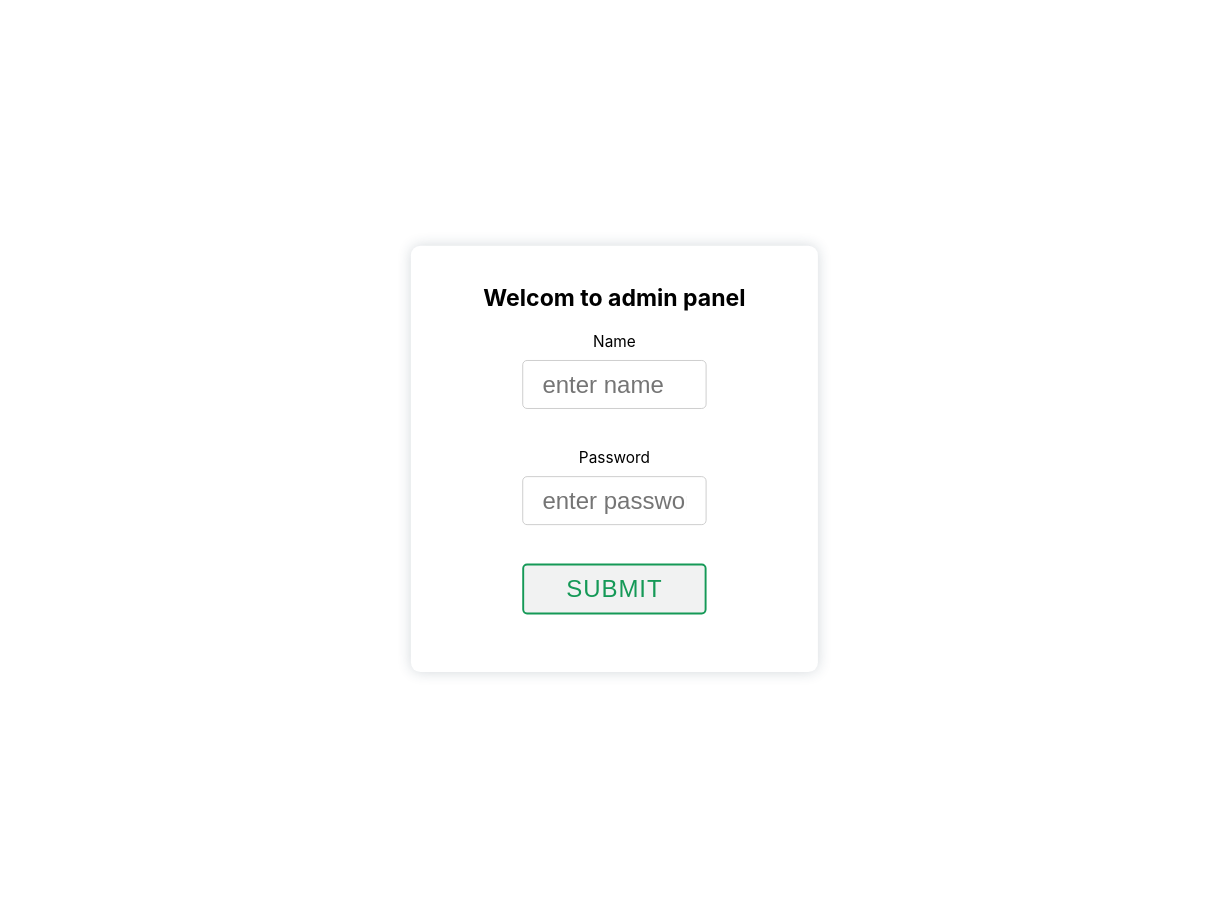
Repository: superHotBob/admin_nftillion
Page: /collections
An editor plug-in stored every save of this project. The page is shown before and after the next save, followed by the edit.
The browser window is 1280 px wide. The pictures show the whole page, at 96% of full size.
The project was rebuilt for these pictures with package versions that can differ from the ones it lists, and the page was loaded fresh each time. Also part of the build but not shown: src/components/Users/styles.scss, src/components/NavPanel/styles.scss, src/components/Users/index.js, src/components/Collections/styles.scss.

Above is the page before, as saved 2022-04-22 17:55:31.

### src/index.js
import React from "react";
import ReactDOM from "react-dom/client";
import "./index.css";
import { BrowserRouter } from "react-router-dom";
import "./index.css";
import App from "./App";

import reportWebVitals from "./reportWebVitals";

const root = ReactDOM.createRoot(document.getElementById("root"));
root.render(
  <React.StrictMode>
    <BrowserRouter>
      <App />
    </BrowserRouter>
  </React.StrictMode>
);

// If you want to start measuring performance in your app, pass a function
// to log results (for example: reportWebVitals(console.log))
// or send to an analytics endpoint. Learn more: https://bit.ly/CRA-vitals
reportWebVitals();

### src/App.js
import * as React from "react";
import { Routes, Route } from "react-router-dom";
import { Home } from "./components/Home";
import { Users } from "./components/Users";
import './App.css';
import { Collections } from "./components/Collections";

function App() {
  return (
    <div className="App">
    <Routes>
        <Route path="/" element={<Home />} />
        <Route path="users" element={<Users />} />
        <Route path="collections" element={<Collections />} />
      </Routes>
    </div>
  );
}

export default App;

### src/components/Home/index.js
import * as React from "react";
import "./styles.scss";
import axios from "axios";
import { useNavigate } from "react-router-dom";

export const Home = () => {
  const [password, setPassword] = React.useState("");
  const [name, setName] = React.useState("");
  let navigate = useNavigate();

  function login(event) {
    event.preventDefault();
    axios
      .post(`https://jsonplaceholder.typicode.com/users`, {
        name: name,
        password: password,
      })
      .then((res) => {
        console.log(res.data);
        if (res.data.name === "bob") {
          localStorage.setItem("name", res.data.name);
          navigate("/users");
        } else {
          navigate("/");
        }
      });
  }
  return (
    <div className="mainblock">
      <h2>Welcom to admin panel</h2>
      <form onSubmit={login}>
        <label>
          Name
          <input
            type="text"
            value={name}
            required
            onChange={(e) => setName(e.target.value)}
            placeholder="enter name"
          />
        </label>
        <label>
          Password
          <input
            type="password"
            value={password}
            required
            onChange={(e) => setPassword(e.target.value)}
            placeholder="enter password"
          />
        </label>
        <button type="submit">SUBMIT</button>
      </form>
    </div>
  );
};

### src/components/Collections/index.js
import * as React from "react";
import axios from "axios";
import { useNavigate } from "react-router-dom";

import "./styles.scss";
import { NavPanel } from "../NavPanel";

export const Collections = () => {
  const [data, setData] = React.useState([]);
  let navigate = useNavigate();
  const name = localStorage.getItem("name");
  React.useEffect(() => {
     name ?
    axios.get(`https://jsonplaceholder.typicode.com/users`).then((res) => {
      console.log(res.data);
      setData(res.data);
    }): navigate('/');
  }, [name,navigate]);

  return (
    <>
     <NavPanel />
      <h1 className="header">
        List of Collections
      </h1>
      <div className="mainblockuser">
        <header>
          <span>wallet</span>
          <span>date reg.</span>
          <span>date last auth</span>
          <span>amount collections</span>
          <span>amount NFTs</span>

        </header>
        <section>
          {data.map((i) => (
            <p className="data">
              <span>{i.id}</span>
              <span>{i.name}</span>
              <span>{i.username}</span>
              <span>{i.email}</span>
              <span>{i.phone}</span>

            </p>
          ))}
        </section>
      </div>
    </>
  );
};

### src/components/Home/styles.scss
$submit: #159957;
$white: #F1F2F2;
$transition: all 0.25s ease-in-out;
.mainblock {
    width: 30%;
    height: auto;
    padding: 20px;
    margin: 20vw auto;
    box-shadow: 0 0 14px 0 rgba(34, 60, 80, 0.2);
    border-radius: 10px;
    input, button {
        font-size: 25px;
        padding: 10px 20px;
        display: block;
        width: 50%;
        border-radius: 5px;
        border: 1px solid #ccc;
        margin: 10px auto 40px;
        cursor: pointer;
        box-sizing: border-box;
        outline: none;


    }

    @mixin mybutton($color_1, $color_2) {
        border: 2px solid $color_1;

        letter-spacing: 1px;
        text-transform: uppercase;
          color: $color_1;
        background-color: $color_2;
          transition: $transition;
          &:hover {
              background-color: $color_1;
              border-color: $color_1;
              color: $color_2;
          }
          &:active {
              background-color: $color_1;
              border-color: $color_1;
              color: $color_2;
              box-shadow: none;
          }
          &:focus, &:active:focus {
              background-color: $color_1;
              border-color: $color_1;
              color: $color_2;
              outline: 5px auto $color_1;
          }
      }

    button {

            @include mybutton($submit, $white);

    }
}

### src/components/NavPanel/index.js
import "./styles.scss";
import { NavLink } from "react-router-dom";
export const NavPanel = () => {
  return (
    <div className="mainNavBlock">
      <NavLink
        style={({ isActive }) => {
          return {
            display: "block",
            padding: 20,
            textDecoration: 'none',
            width: "50%",
            backgroundColor: isActive ? "#c0c0c0" : "whitw",
            color: !isActive ? "#c0c0c0" : "white",
          };
        }}
        to="/users"
      >
        USERS
      </NavLink>
      <NavLink
        style={({ isActive }) => {
          return {
            display: "block",
            width: "50%",
            textDecoration: 'none',
            padding: 20,
            backgroundColor: isActive ? "#c0c0c0" : "white",
            color: !isActive ? "#c0c0c0" : "white",

          };
        }}
        to="/collections"
      >
        COLLECTIONS
      </NavLink>
    </div>
  );
};

Loaded but not shown: public/index.html (common file); src/index.css (common file); src/reportWebVitals.js (common file); src/App.css (common file)

After the next save:
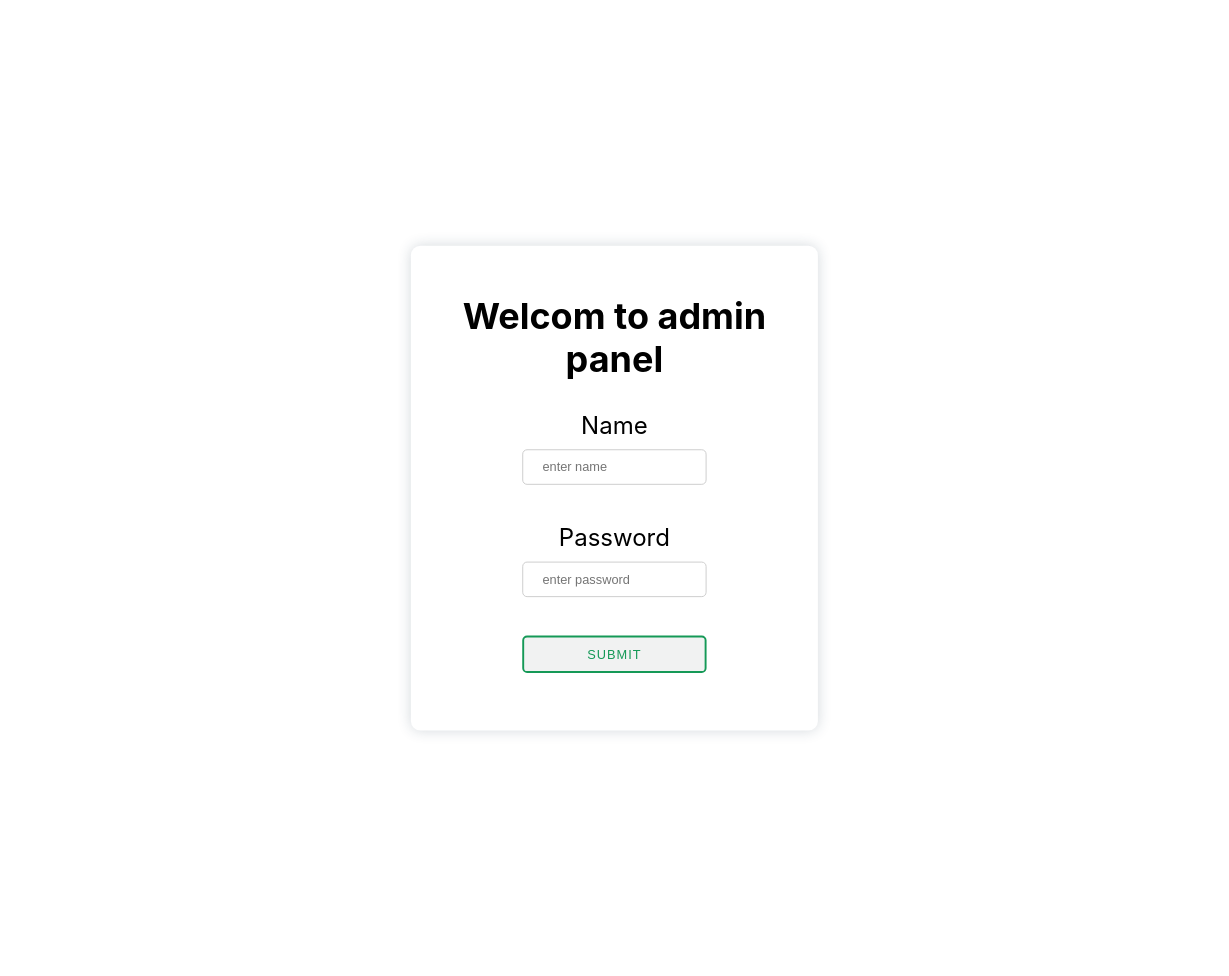
Saved 37 s later.
--- a/src/components/Home/styles.scss
+++ b/src/components/Home/styles.scss
@@ -8,8 +8,9 @@ $transition: all 0.25s ease-in-out;
     margin: 20vw auto;
     box-shadow: 0 0 14px 0 rgba(34, 60, 80, 0.2);
     border-radius: 10px;
+    font-size: 25px;
     input, button {
-        font-size: 25px;
+
         padding: 10px 20px;
         display: block;
         width: 50%;
